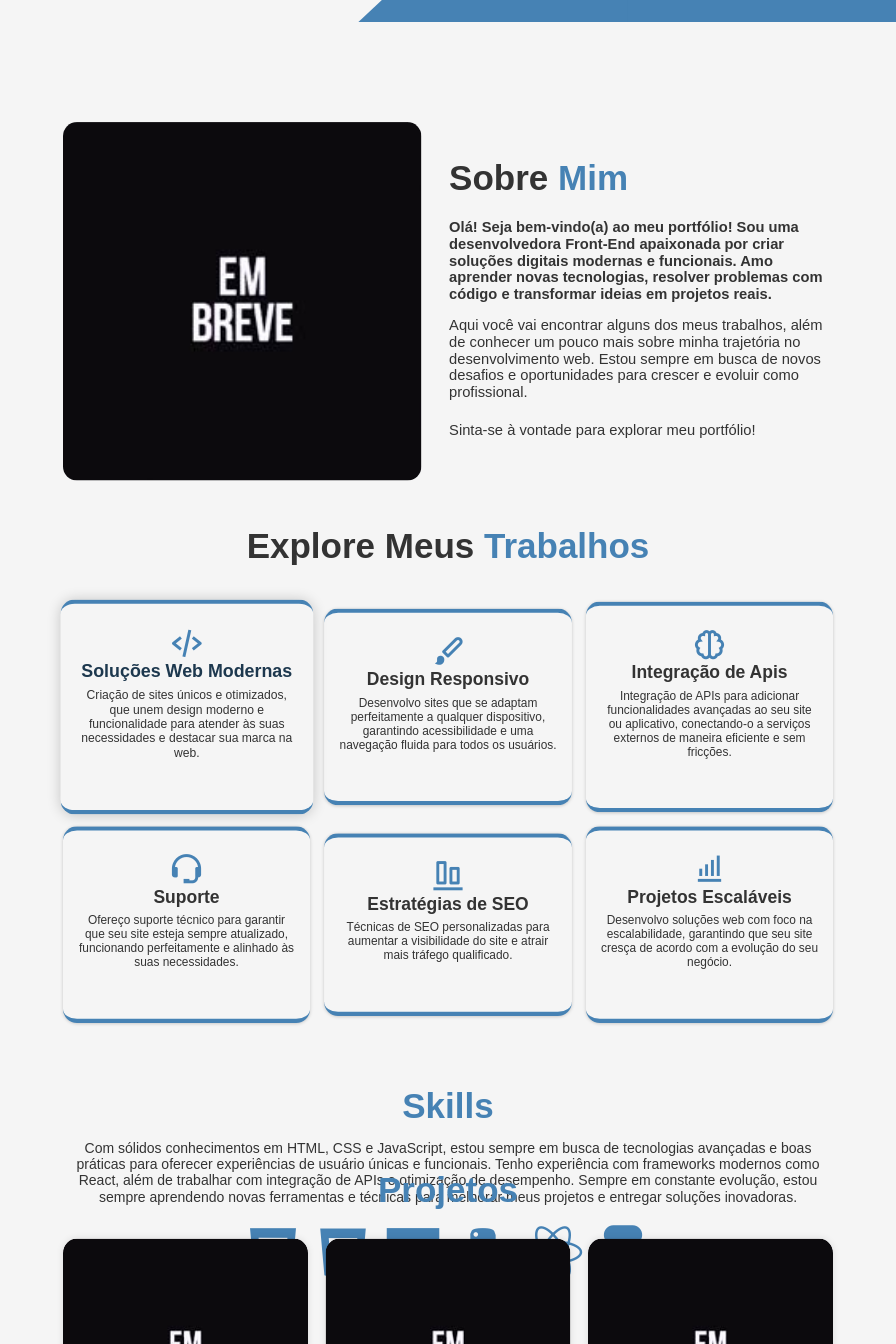
Repository: AliciaKathleen/portfolio-2025
Page: index.html
The author's editor kept a copy of each file at every save. The page is drawn from the files as they stood at one save, then again after the next save.
The browser window is 1280 px wide. The pictures show the part of the page from y = 688 to 2608 px (the page is 4072 px tall), at 70% of full size.
The pointer rests on the first visible `.services-box`.

Above is the page before, as saved 2025-01-27 17:56:35.
Console error: TypeError: Cannot read properties of null (reading 'classList')

After the next save:
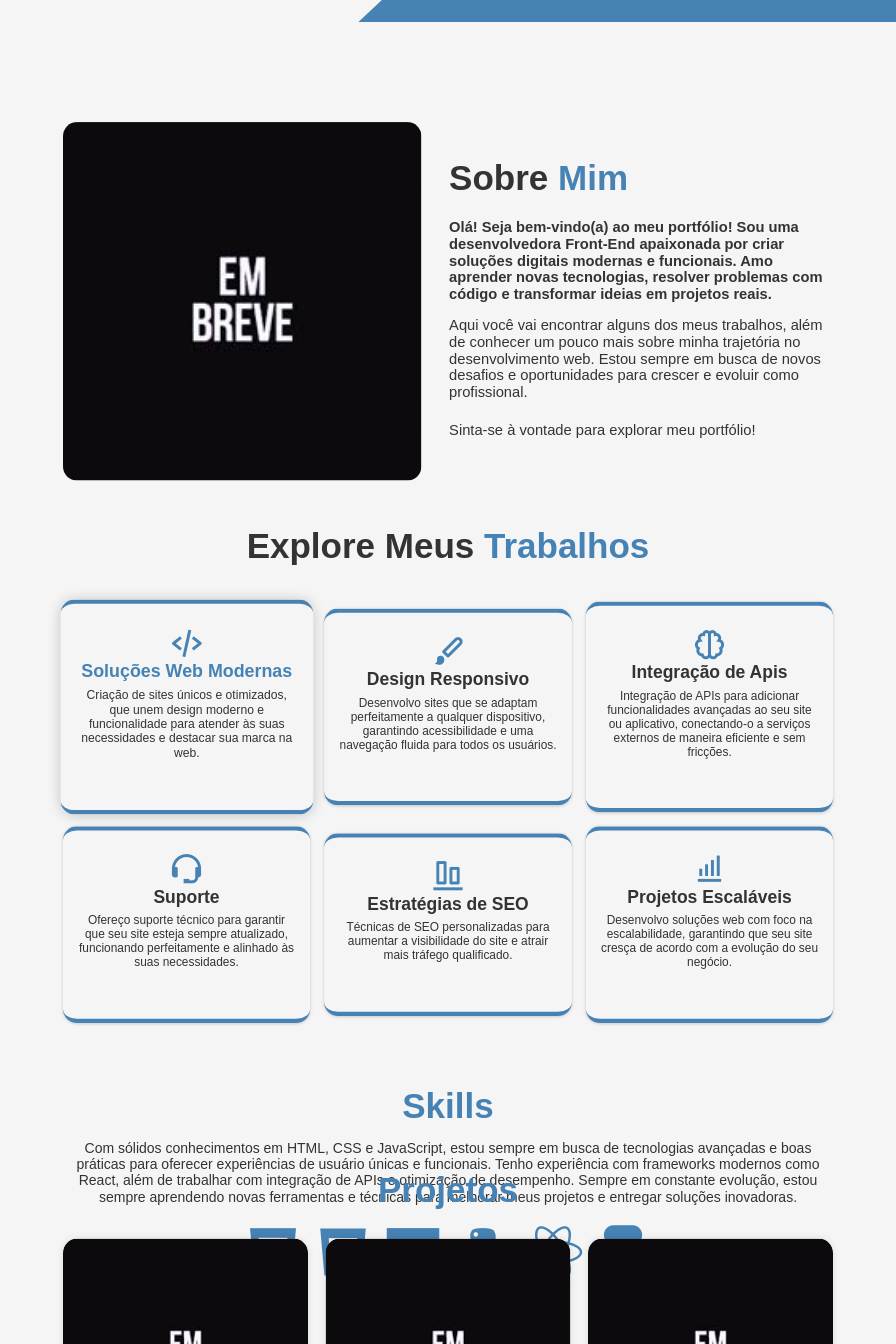
Saved 23 s later.
--- a/style.css
+++ b/style.css
@@ -346,7 +346,7 @@ span {
 }
 
 .services-box:hover h3 {
-    color: #1d384e;
+    color: var(--main-color);
 }
 
 .skills {
